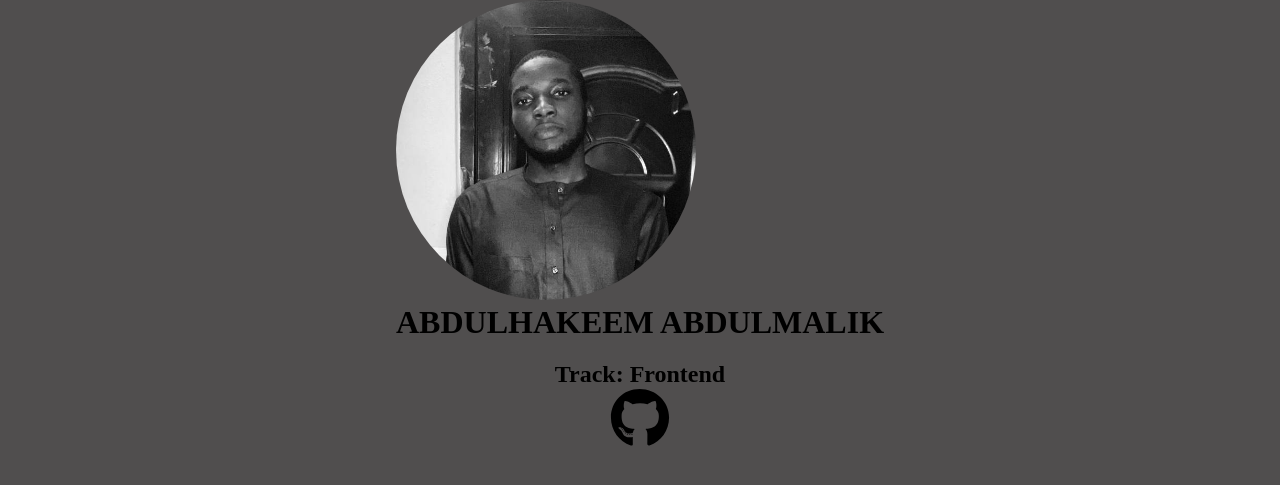
Repository: malikhakeem/HNG-TASK
Page: HNG-TASK1.html
These files come from the project's save history. The page is drawn as it stood at one moment and after the next save; the edit follows.
The browser window is 1280 px wide. The pictures show the whole page.

Above is the page before, as saved 2023-09-08 22:01:52.

### HNG-TASK1.html
<!DOCTYPE html>
<html lang="en">

<head>
    <meta charset="UTF-8">
    <meta name="viewport" content="width=device-width, initial-scale=1.0">

    <link rel="stylesheet" href="./HNG-TASK!.css">
    <title>HNG</title>
</head>

<body>
    <div class="body">
        <div class="nav">
            <div class="nav-left"><img data-testId="slackDisplayImage" class="profile-pic" src="./pic/kim.jpg"alt="Malik" /></div>
            <div class="nav-mid">
                <div class="slack-name">
                    <h1>ABDULHAKEEM ABDULMALIK</h1>
                </div>
                <div data-testId="myTrack"class="track">
                    <h2>Track: Frontend</h2>
                </div>
            </div>
            <div data-testId="slackUserName" class="nav-right">
                <a href="link address"><img src="./pic//github.svg" width="60" height="60"></a>
            </div>

        </div>
    </div>

</body>

</html>

### HNG-TASK!.css
*{
    padding:0px;
    margin:0px;

}

.profile-pic{
    width:300px;
    height:300px;
    border-radius: 50%;
}
.nav{
    /* display:flex;

    justify-content: space-between;
    padding: 150px 100px 0px 100px; */
}
.nav-mid{
    display: flex;
    display: block;
    text-align: center;
}
.nav-right{
    display: flex;
    display: block;
    text-align: center;
}

.track{
    padding-top: 20px;
}

body{
    display:flex;
 justify-content: center;

    background-color:rgb(80, 78, 78);
}

After the next save:
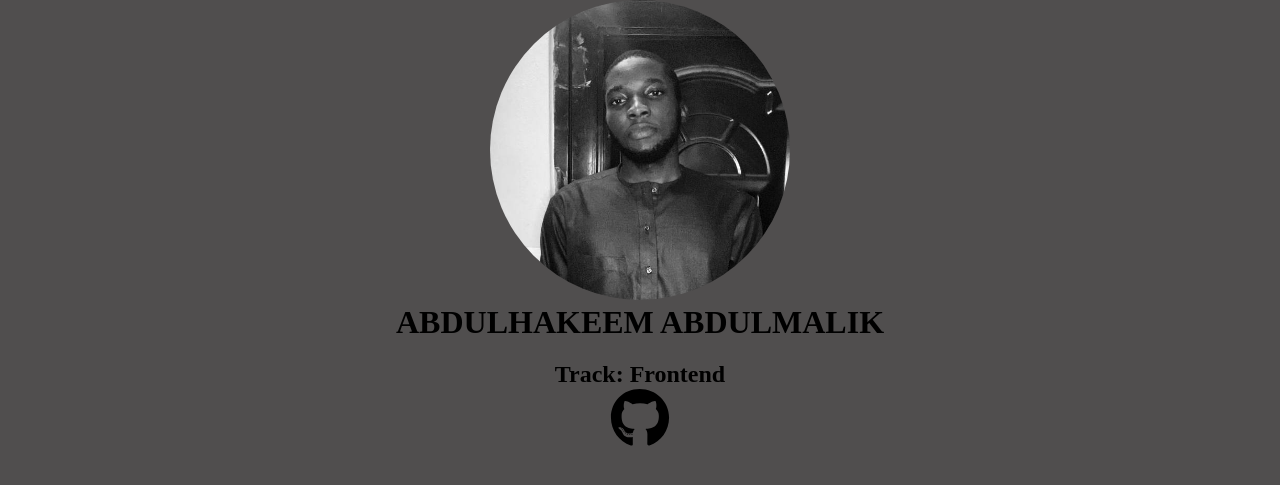
Saved 27 s later.
--- a/HNG-TASK!.css
+++ b/HNG-TASK!.css
@@ -25,6 +25,11 @@
     display: block;
     text-align: center;
 }
+.nav-left{
+    display: flex;
+    display: block;
+    text-align: center;
+}
 
 .track{
     padding-top: 20px;
